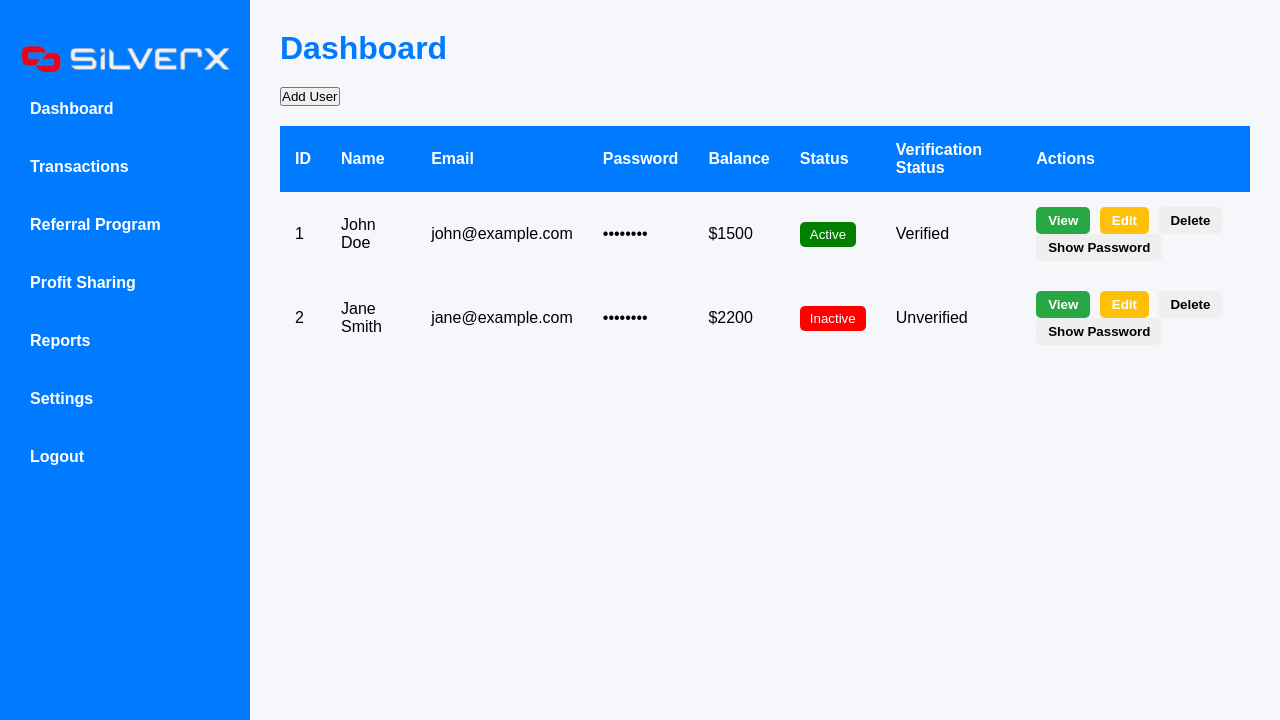
Repository: 2025silverx/slivedrX
Page: index.html
These files come from the project's save history. The page is drawn as it stood at one moment and after the next save; the edit follows.
The browser window is 1280 px wide. The pictures show the whole page.

Above is the page before, as saved 2025-01-19 13:26:10.

After the next save:
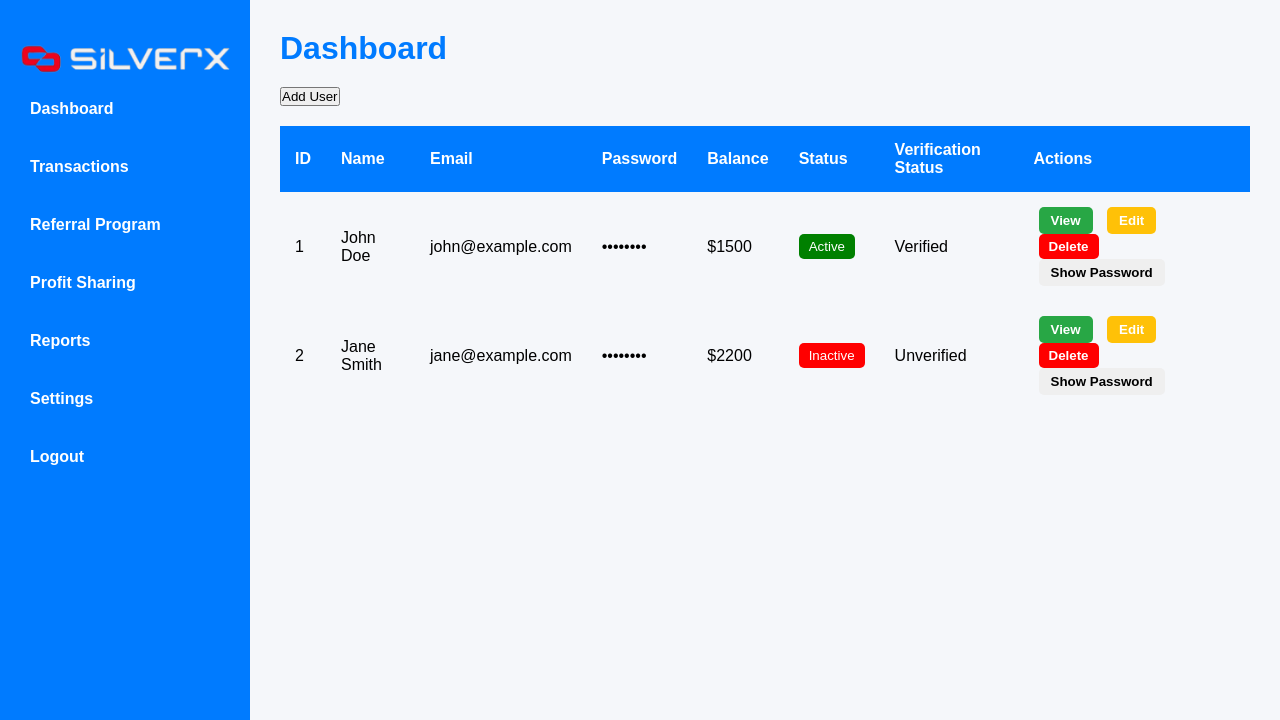
Saved 114 s later.
--- a/index.html
+++ b/index.html
@@ -20,6 +20,23 @@
 
         .status-btn.inactive {
             background-color: red;
+        }
+
+        .action-btn.delete {
+            background-color: red;
+            color: white;
+            border: none;
+            padding: 5px 10px;
+            border-radius: 5px;
+            cursor: pointer;
+        }
+
+        .action-btn {
+            margin: 0 5px;
+        }
+
+        .action-btn:hover {
+            opacity: 0.8;
         }
     </style>
 </head>

After the save that followed:
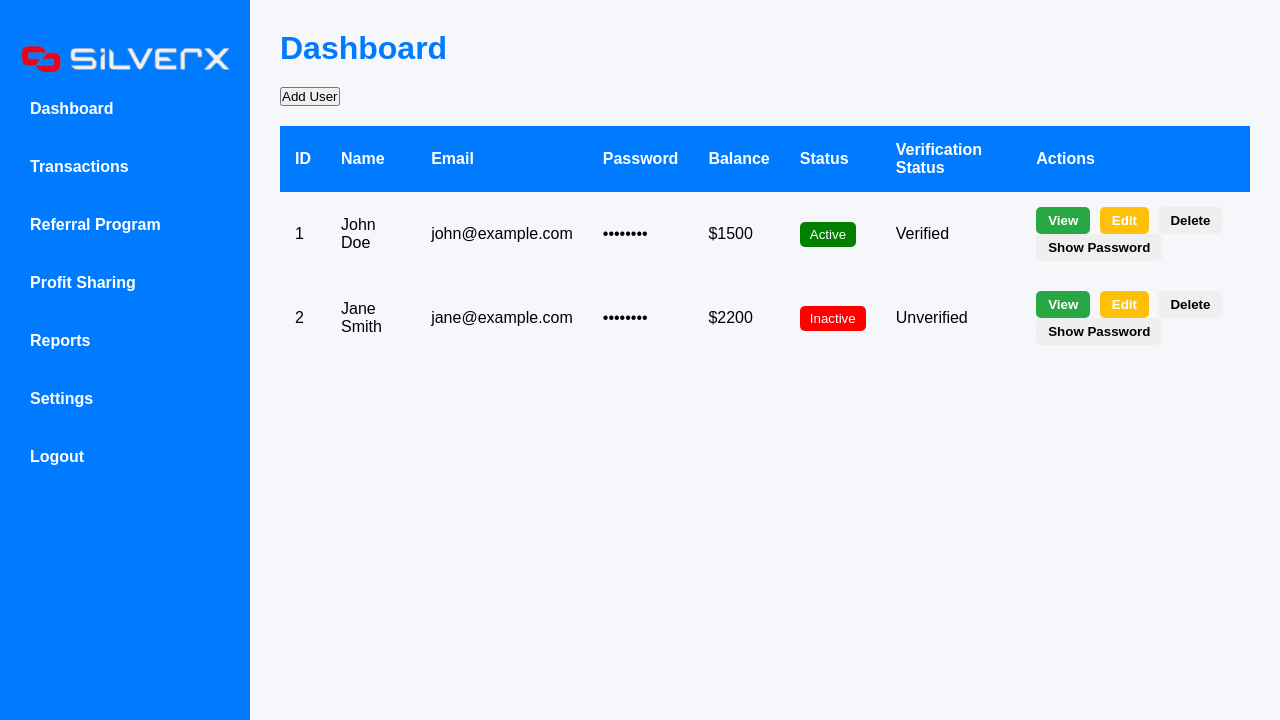
Saved 68 s later.
--- a/index.html
+++ b/index.html
@@ -20,23 +20,6 @@
 
         .status-btn.inactive {
             background-color: red;
-        }
-
-        .action-btn.delete {
-            background-color: red;
-            color: white;
-            border: none;
-            padding: 5px 10px;
-            border-radius: 5px;
-            cursor: pointer;
-        }
-
-        .action-btn {
-            margin: 0 5px;
-        }
-
-        .action-btn:hover {
-            opacity: 0.8;
         }
     </style>
 </head>
